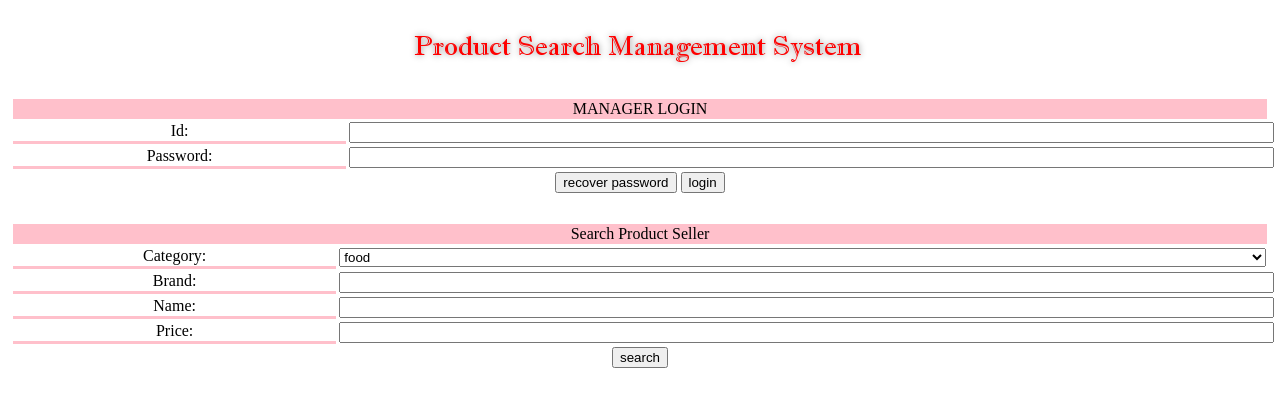
Repository: DishantVaghela/ProductSearchManagementSystem
Page: http://localhost/ProductSearchManagementSystem/
The author's editor kept a copy of each file at every save. The page is drawn from the files as they stood at one save, then again after the next save.
The browser window is 1280 px wide. The pictures show the whole page.
The page is served by Tomcat 9. Other server files are loaded and not shown.

Above is the page before, as saved 2017-04-28 23:12:26.

### ProductSearchManagementSystem/WebContent/index.jsp
<%@ page language="java" contentType="text/html; charset=ISO-8859-1"
    pageEncoding="ISO-8859-1"%>
<!DOCTYPE html PUBLIC "-//W3C//DTD HTML 4.01 Transitional//EN" "http://www.w3.org/TR/html4/loose.dtd">
<html>
<head>
<meta http-equiv="Content-Type" content="text/html; charset=ISO-8859-1">
<title>Product Search Management System</title>
<link rel="stylesheet" type="text/css" href="productSearchManagementSystem.css">
</head>
<body>
	<table>
		<tr>
			<td>
				<form action="ManagerLoginService" method="post">
					<table>
						<tr>
							<td align="center" colspan="2"><img src="productSearchManagementSystemlLogo.png"></td>
						</tr>
						<tr>
							<td colspan="2"><br></td>
						</tr>
						<tr>
							<td colspan="2" bgcolor="pink">MANAGER LOGIN</td>
						</tr>
						<tr>
							<td class="title">Id:</td>
							<td><input type="text" name="textFieldId"></td>
						</tr>
						<tr>
							<td class="title">Password:</td>
							<td><input type="password" name="textFieldPassword"></td>
						</tr>

						<tr>
							<td colspan="2">
								<input type="submit" value="recover password" name="buttonRecoverPassword">
								<input type="submit" value="login" name="buttonLogin">
							</td>
						</tr>
					</table>
				</form>
			</td>
		</tr>
		<tr>
			<td>
				<form action="searchProductSeller.jsp">
					<table>
						<tr>
							<td colspan="2"><br></td>
						</tr>
						<tr>
							<td colspan="2" bgcolor="pink">Search Product Seller</td>
						</tr>
						<tr>
							<td class="title">Category:</td>
							<td>
								<select name="selectCategory">
									<option>food</option>
									<option>clothes</option>
									<option>furniture</option>
								</select>
							</td>
						</tr>
						<tr>
							<td class="title">Brand:</td>
							<td><input type="text" name="textFieldBrand"></td>
						</tr>
						<tr>
							<td class="title">Name:</td>
							<td><input type="text" name="textFieldName"></td>
						</tr>
						<tr>
							<td class="title">Price:</td>
							<td><input type="text" name="textFieldPrice"></td>
						</tr>
						<tr>
							<td colspan="2">
								<input type="submit" value="search"  name="buttonSearch">
							</td>
						</tr>
					</table>
				</form>
			</td>
		</tr>
	</table>
</body>
</html>

### ProductSearchManagementSystem/WebContent/productSearchManagementSystem.css
@CHARSET "ISO-8859-1";

input[type=text], input[type=password], select, textarea {
	width: 100%;
}

table {
	text-align: center;
	width: 100%;
}

.title {
	border-bottom: 3px solid pink;
}

After the next save:
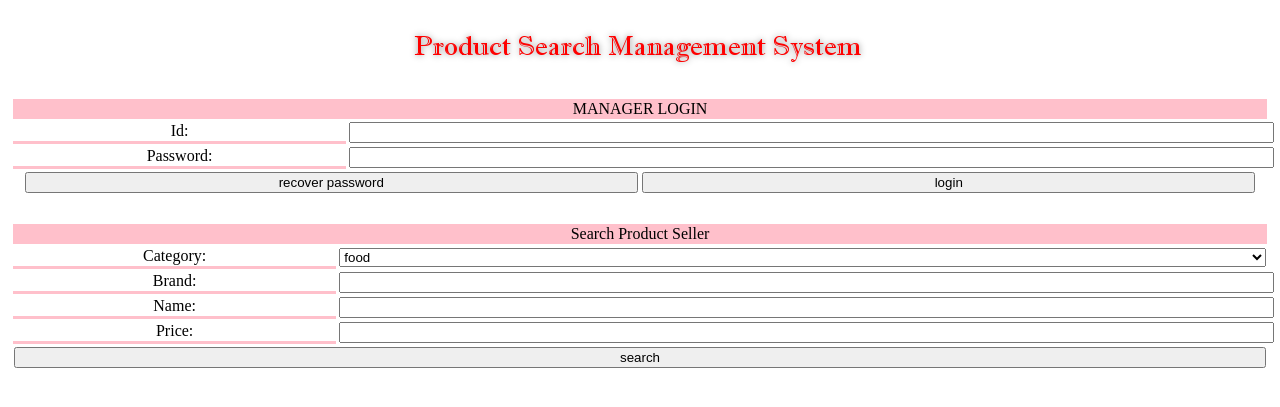
Saved 5 min 16 s later.
--- a/ProductSearchManagementSystem/WebContent/index.jsp
+++ b/ProductSearchManagementSystem/WebContent/index.jsp
@@ -33,8 +33,8 @@
 
 						<tr>
 							<td colspan="2">
-								<input type="submit" value="recover password" name="buttonRecoverPassword">
-								<input type="submit" value="login" name="buttonLogin">
+								<input type="submit" value="recover password" name="buttonRecoverPassword" style="width:49%;">
+								<input type="submit" value="login" name="buttonLogin" style="width:49%;">
 							</td>
 						</tr>
 					</table>
@@ -75,7 +75,7 @@
 						</tr>
 						<tr>
 							<td colspan="2">
-								<input type="submit" value="search"  name="buttonSearch">
+								<input type="submit" value="search"  name="buttonSearch" style="width:100%;">
 							</td>
 						</tr>
 					</table>
